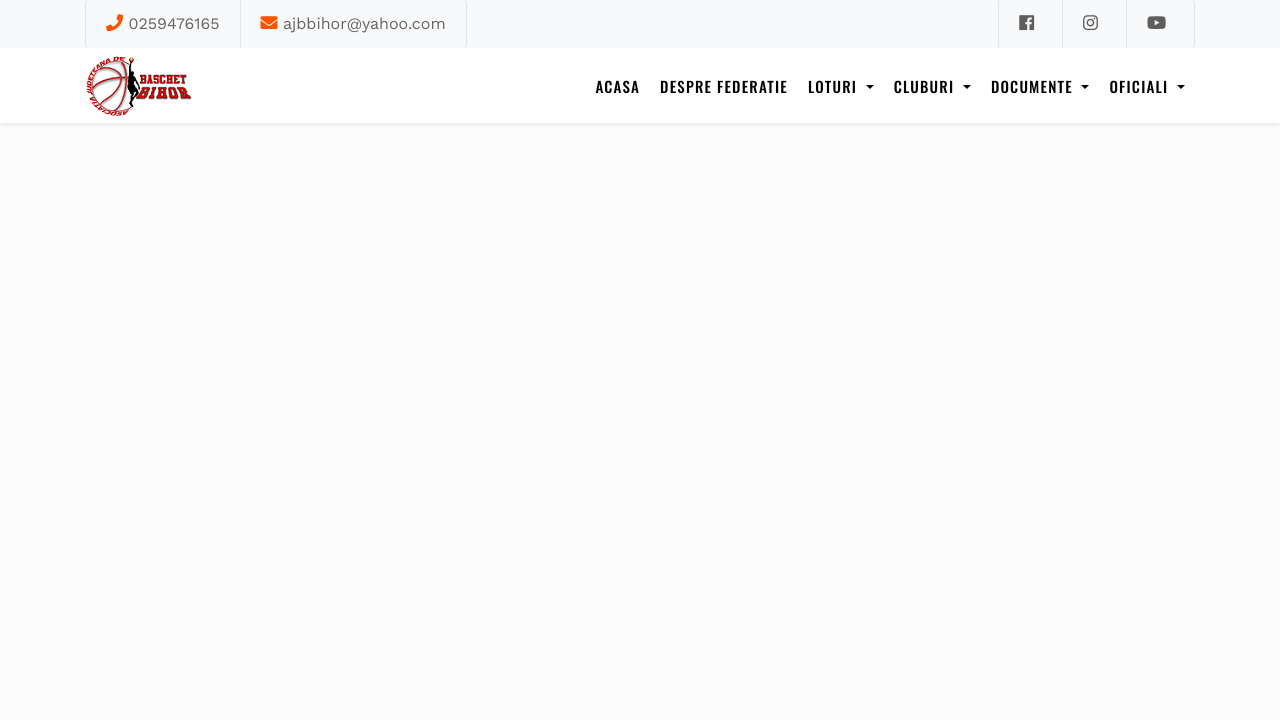
Repository: lajoskovago/ajb-frontend
Page: cluburi.html
These files come from the project's save history. The page is drawn as it stood at one moment and after the next save; the edit follows.
The browser window is 1280 px wide. The pictures show the whole page.
Some web fonts or font styles are not loaded; a fallback is used. Some web libraries are served in a nearby version.

Above is the page before, as saved 2020-11-19 23:21:42.

After the next save:
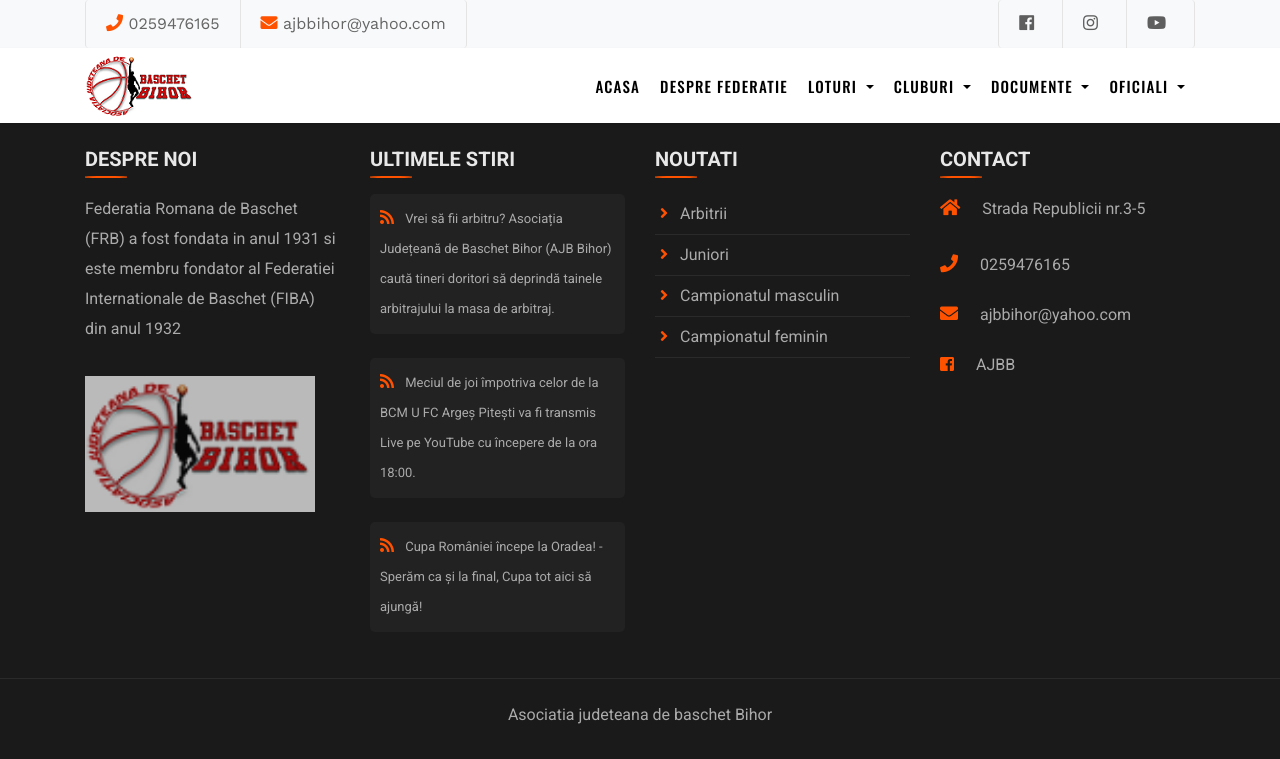
Saved 66 s later.
--- a/cluburi.html
+++ b/cluburi.html
@@ -113,6 +113,128 @@
         </div>
         <!-- End Container -->
     </nav>
+
+
+
+
+
+
+
+
+
+      <!-- Footer -->
+ <footer class="page-footer">
+    <div class="footer-top">
+        <div class="container">
+            <div class="row">
+                <div class="col-xl-3 col-md-6 col-sm-12">
+                    <h5 class="head mt-4 mb-0 headFooter">Despre noi</h5>
+                    <hr class="footer-title mb-3" />
+
+                    <p class="despre-noi">
+                        Federatia Romana de Baschet (FRB) a fost fondata in anul 1931 si este
+                        membru fondator al
+                        Federatiei Internationale de Baschet (FIBA) din anul 1932
+                    </p>
+
+                    <img class="logo img-fluid logoAJB" src="image/logo.png" alt="" title="">
+                </div>
+
+                <div class="col-xl-3 col-md-6 col-sm-12">
+                    <h5 class="head mt-4 mb-0 headFooter">Ultimele stiri</h5>
+                    <hr class="footer-title mb-3" />
+
+                    <ul class="footer-stiri list-unstyled">
+                        <li>
+                            <i class="fas fa-rss"></i>
+                            <a href="#!">Vrei să fii arbitru? Asociația Județeană de Baschet
+                                Bihor
+                                (AJB Bihor) caută tineri doritori să deprindă tainele
+                                arbitrajului la masa de arbitraj.</a>
+                        </li>
+                        <br />
+                        <li>
+                            <i class="fas fa-rss"></i>
+                            <a href="#!">Meciul de joi împotriva celor de la BCM U FC Argeș
+                                Pitești
+                                va fi transmis Live pe YouTube cu începere de la ora
+                                18:00.</a>
+                        </li>
+                        <br />
+                        <li>
+                            <i class="fas fa-rss"></i>
+                            <a href="#!">Cupa României începe la Oradea! - Sperăm ca și la
+                                final,
+                                Cupa tot aici să ajungă!</a>
+                        </li>
+                    </ul>
+                </div>
+
+                <div class="col-xl-3 col-md-6 col-sm-12">
+                    <h5 class="head mt-4 mb-0 headFooter">Noutati</h5>
+                    <hr class="footer-title mb-3" />
+
+                    <ul class="footer-noutati list-unstyled">
+                        <li>
+                            <i class="fas fa-angle-right"></i>
+                            <a href="#!">Arbitrii</a>
+                        </li>
+
+                        <li>
+                            <i class="fas fa-angle-right"></i>
+                            <a href="#!">Juniori</a>
+                        </li>
+
+                        <li>
+                            <i class="fas fa-angle-right"></i>
+                            <a href="#!">Campionatul masculin</a>
+
+                        </li>
+
+                        <li>
+                            <i class="fas fa-angle-right"></i>
+                            <a href="#!">Campionatul feminin</a>
+                        </li>
+                    </ul>
+                </div>
+
+                <div class="col-xl-3 col-md-6 col-sm-12">
+                    <h5 class="head mt-4 mb-0 headFooter">Contact</h5>
+                    <hr class="footer-title mb-3" />
+
+                    <ul class="footer-contact list-unstyled">
+                        <li>
+                            <i class="element1 fas fa-home"></i>
+                            <p class="element2">Strada Republicii nr.3-5</p>
+                        </li>
+                        <li>
+                            <i class="element1 fas fa-phone"></i>
+                            <a class="element2" href="#">0259476165</a>
+                        </li>
+                        <li>
+                            <i class="element1 fas fa-envelope"></i>
+                            <a class="element2" href="#">ajbbihor@yahoo.com</a>
+                        </li>
+                        <li>
+                            <i class="element1 fab fa-facebook-square"></i>
+                            <a class="element2" href="#">AJBB</a>
+                        </li>
+                    </ul>
+                </div>
+            </div>
+        </div>
+    </div>
+    <div class="footer-copyright">
+        <div class="container">
+            <div class="row">
+                <p class="mx-auto p-3 mt-2">Asociatia judeteana de baschet Bihor</p>
+            </div>
+        </div>
+    </div>
+</footer>
+<!-- Footer -->
+<script src="https://code.jquery.com/jquery-3.5.1.slim.min.js"></script>
+<script src="https://stackpath.bootstrapcdn.com/bootstrap/4.5.2/js/bootstrap.bundle.min.js"></script>
 </body>
 
 </html>
